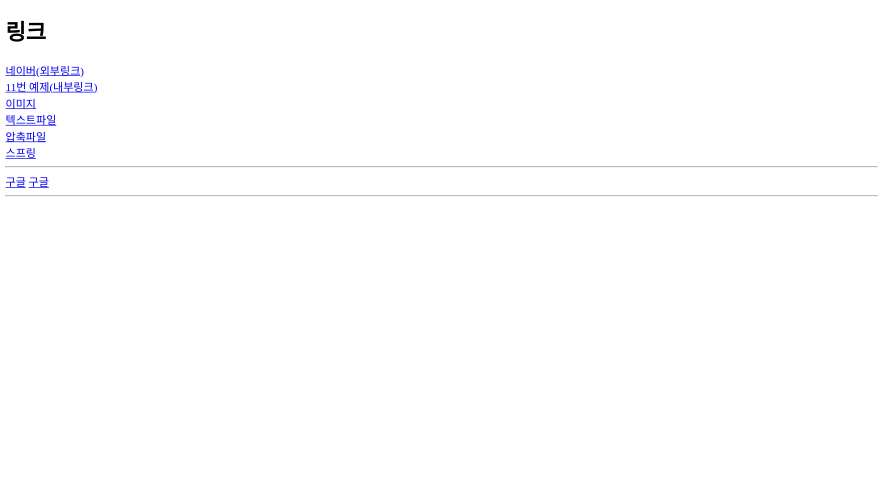
Repository: Hswwwww/WEB
Page: ClientTest/src/main/webapp/html/ex12_link.html
The author's editor kept a copy of each file at every save. The page is drawn from the files as they stood at one save, then again after the next save.
The browser window is 1280 px wide. The pictures show the whole page, at 69% of full size.

Above is the page before, as saved 2024-03-13 03:22:48.

After the next save:
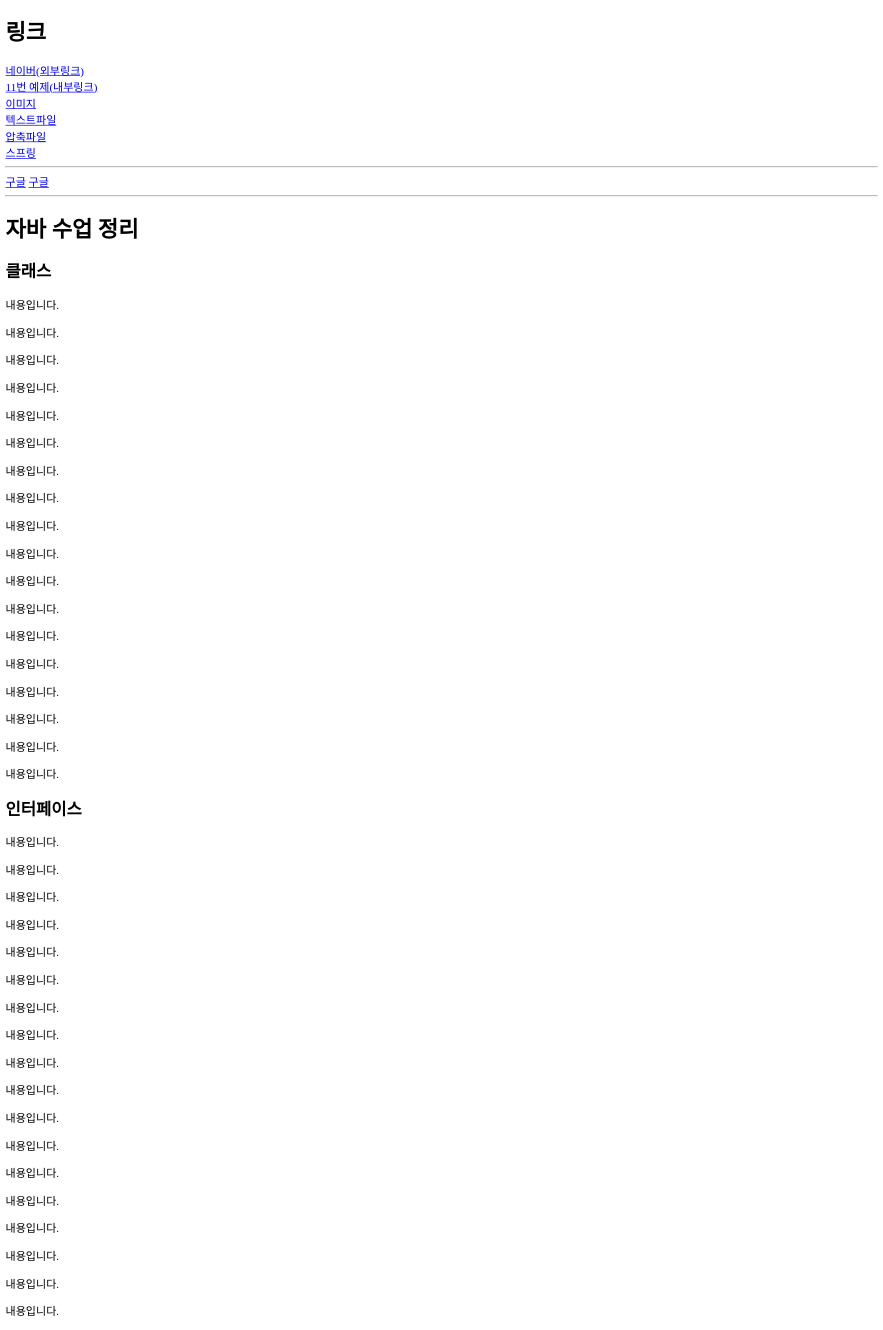
Saved 86 s later.
--- a/ClientTest/src/main/webapp/html/ex12_link.html
+++ b/ClientTest/src/main/webapp/html/ex12_link.html
@@ -53,9 +53,17 @@
 
 	<hr>
 
+	<h1>자바 수업 정리</h1>
 
+	<h2>클래스</h2>
+	<p>내용입니다.</p><p>내용입니다.</p><p>내용입니다.</p><p>내용입니다.</p><p>내용입니다.</p><p>내용입니다.</p><p>내용입니다.</p><p>내용입니다.</p>
+	<p>내용입니다.</p><p>내용입니다.</p><p>내용입니다.</p><p>내용입니다.</p><p>내용입니다.</p>
+	<p>내용입니다.</p><p>내용입니다.</p><p>내용입니다.</p><p>내용입니다.</p><p>내용입니다.</p>
 
-
+	<h2>인터페이스</h2>
+	<p>내용입니다.</p><p>내용입니다.</p><p>내용입니다.</p><p>내용입니다.</p><p>내용입니다.</p><p>내용입니다.</p><p>내용입니다.</p><p>내용입니다.</p>
+	<p>내용입니다.</p><p>내용입니다.</p><p>내용입니다.</p><p>내용입니다.</p><p>내용입니다.</p>
+	<p>내용입니다.</p><p>내용입니다.</p><p>내용입니다.</p><p>내용입니다.</p><p>내용입니다.</p>
 
 
 </body>
